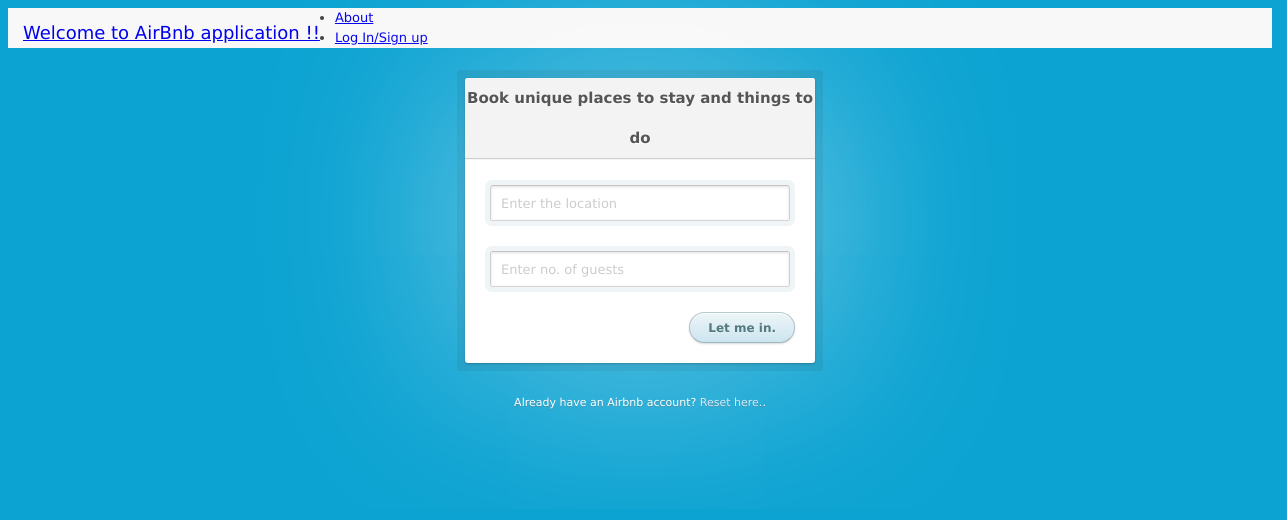
Repository: ShwetaV-Dev/gl-capstoneproject
Page: http://localhost/login
The author's editor kept a record of every edit. The page is drawn from the files as they stood at one moment, then again after the next edit.
The browser window is 1280 px wide. The page is 1287 px wide, so the pictures cover 1287 px, including what lies to the right of the window. The pictures show the whole page.
The page is served by the project's Node server (app.js).

Above is the page before.

After the next edit:
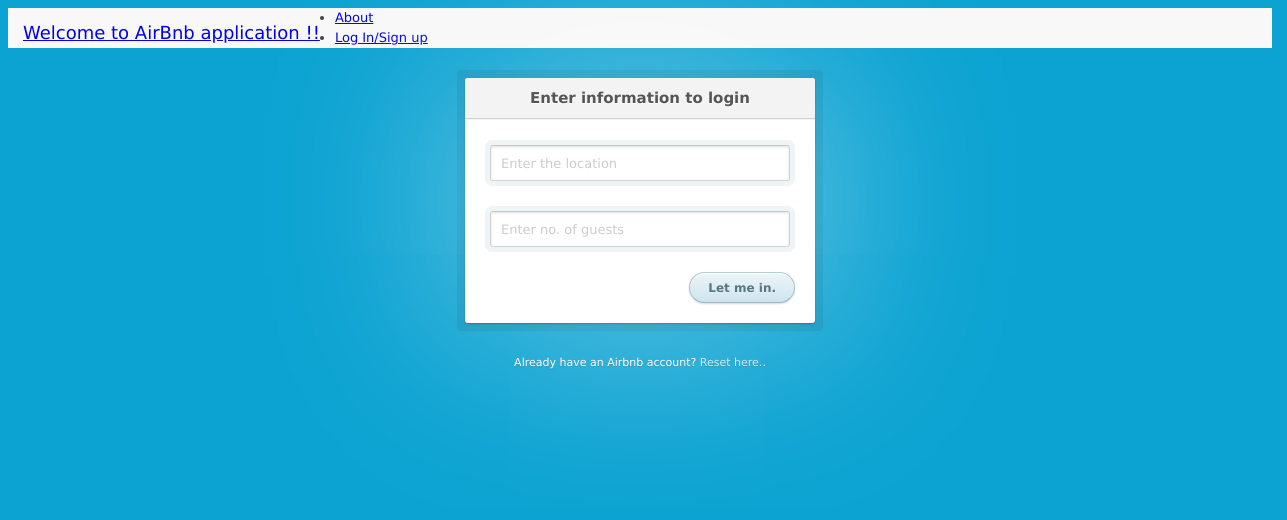
The edit:
--- a/views/login.ejs
+++ b/views/login.ejs
@@ -1,6 +1,6 @@
 <%- include _header %>
 <div class="login">
-  <h1>Book unique places to stay and things to do</h1>
+  <h1>Enter information to login</h1>
   <form method="post" action="/submit-data">
     <p><input type="text" name="Where:" value="" placeholder="Enter the location"></p>
     <p><input type="text" name="Guests:" value="" placeholder="Enter no. of guests"></p>
